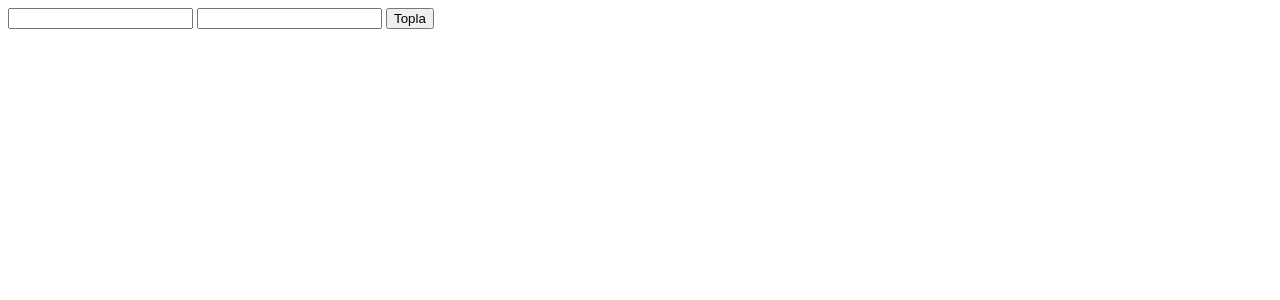
Repository: emrebolukbas/.js-Training-Tobeto
Page: 1-Toplama/public/Toplama.html
These files come from the project's save history. The page is drawn as it stood at one moment and after the next save; the edit follows.
The browser window is 1280 px wide. The pictures show the whole page.

Above is the page before, as saved 2023-10-06 21:05:36.

### 1-Toplama/public/Toplama.html
<!DOCTYPE html>
<html>
<head>
	<meta charset="UTF-8">
	<title>1-Toplama 1.0</title>
	<script type="text/javascript" src="Toplama.js"></script>

</head>
<body>
	<input id="input-1" type="text">
	<input id="input-2" type="text">
	<button id="topla"> Topla </button>
	<p id="p-1"></p>
</body>
</html>

Loaded but not shown: 1-Toplama/public/Toplama.js (common file)

After the next save:
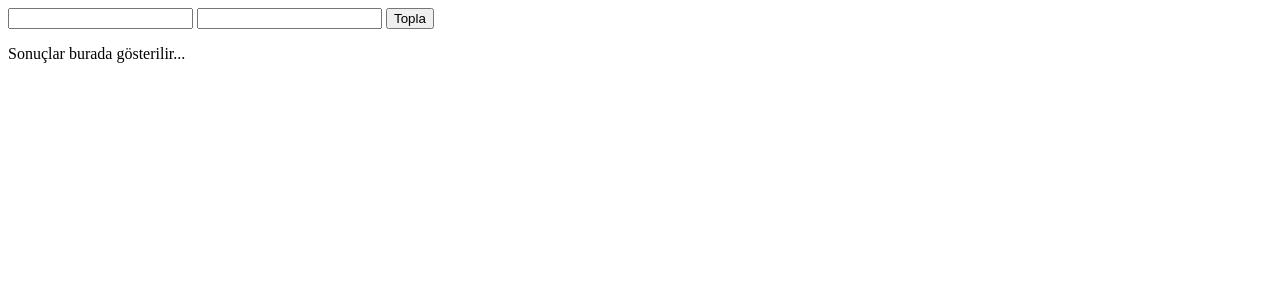
Saved 22 s later.
--- a/1-Toplama/public/Toplama.html
+++ b/1-Toplama/public/Toplama.html
@@ -10,6 +10,6 @@
 	<input id="input-1" type="text">
 	<input id="input-2" type="text">
 	<button id="topla"> Topla </button>
-	<p id="p-1"></p>
+	<p id="p-1">Sonuçlar burada gösterilir...</p>
 </body>
 </html>
